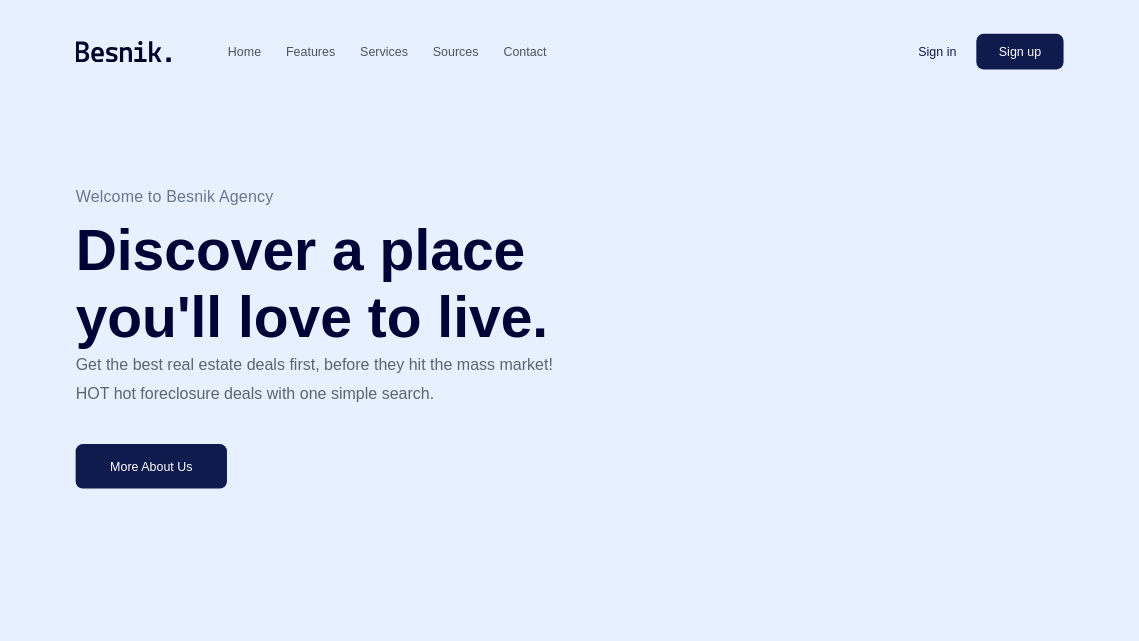
Repository: Daidoichihuy/project-01
Page: index.html
An editor plug-in stored every save of this project. The page is shown before and after the next save, followed by the edit.
The browser window is 1280 px wide. The pictures show the whole page, at 89% of full size.

Above is the page before, as saved 2024-04-28 12:05:04.

### index.html
<!DOCTYPE html>
<html lang="en">
  <head>
    <meta charset="UTF-8" />
    <meta name="viewport" content="width=device-width, initial-scale=1.0" />
    <title>Project_01</title>
    <link rel="stylesheet" href="./assets/css/reset.css" />
    <link rel="stylesheet" href="./assets/fonts/stylefont.css" />
    <link rel="stylesheet" href="./assets/css/style.css" />
  </head>
  <body>
    <main>
      <header class="header">
        <div class="content">
          <nav class="navbar">
            <!-- LOGO -->
            <img src="./assets/imgs/Logo.svg" alt="Besnik." />
            <!-- NAVIGATION -->
            <ul>
              <li><a href="#!">Home</a></li>
              <li><a href="#!">Features</a></li>
              <li><a href="#!">Services</a></li>
              <li><a href="#!">Sources</a></li>
              <li><a href="#!">Contact</a></li>
            </ul>
            <!-- ACTIVE -->
            <div class="action">
              <a href="#!" class="action-link">Sign in</a>
              <a href="#!" class="btn action-btn">Sign up</a>
            </div>
          </nav>
          <div class="hero">
            <div class="info">
              <p class="sub-title">Welcome to Besnik Agency</p>
              <h1 class="title">Discover a place you'll love to live.</h1>
              <p class="des">
                Get the best real estate deals first, before they hit the mass
                market! HOT hot foreclosure deals with one simple search.
              </p>
              <a href="#!" class="btn hero-cta">More About Us</a>
            </div>
          </div>
        </div>
      </header>
    </main>
  </body>
</html>

### assets/fonts/stylefont.css
@font-face {
  font-family: "DVN-Poppins";
  src: url("poppins/DVNPoppins-Regular.woff2") format("woff2"),
    url("poppins/DVNPoppins-Regular.woff") format("woff");
  font-weight: normal;
  font-style: normal;
  font-display: swap;
}

@font-face {
  font-family: "DVN-Poppins ExtBd";
  src: url("poppins/DVNPoppins-ExtraBold.woff2") format("woff2"),
    url("poppins/DVNPoppins-ExtraBold.woff") format("woff");
  font-weight: bold;
  font-style: normal;
  font-display: swap;
}

### assets/css/style.css
* {
  box-sizing: border-box;
}

:root {
  --primary-color: #0f1b4c;
}

html {
  font-size: 62.5%;
}

body {
  font-size: 1.6rem;
  font-family: "poppins", sans-serif;
}

/* COMMON */
.content {
  width: 1110px;
  max-width: calc(100% - 48px);
  margin-left: auto;
  margin-right: auto;
}

a {
  text-decoration: none;
}

.btn {
  display: inline-block;
  min-width: 98px;
  padding: 18px 16px;
  border-radius: 8px;
  background: var(--primary-color);
  color: #fff;
  text-align: center;
  font-size: 1.4rem;
  font-weight: 500;
}

/* HEADER*/
.header {
  background: #e6f0ff;
  height: 100vh;
}

.navbar {
  display: flex;
  align-items: center;
  padding-top: 38px;
}

.navbar ul {
  display: flex;
  margin-left: 50px;
}

.navbar ul li a {
  font-weight: 500;
  font-size: 1.4rem;
  color: #4f5361;
  padding: 8px 14px;
}
.navbar .action {
  margin-left: auto;
}

.navbar .action-link {
  font-size: 1.4rem;
  font-weight: 500;
  color: var(--primary-color);
}

.navbar .action-btn {
  padding: 13px 16px;
  margin-left: 18px;
}

/* HERO */
.hero {
  margin-top: 130px;
}

.hero .info {
  width: 51%;
}
.hero .sub-title {
  color: #687690;
  font-size: 1.8rem;
  line-height: 1.5;
  font-weight: 500;
  letter-spacing: 0.18px;
}

.hero .title {
  color: #000336;
  font-size: 6.4rem;
  font-weight: 700;
  line-height: 1.19;
  margin-top: 8px;
}

.hero .des {
  color: #5a6473;
  font-size: 1.8rem;
  font-weight: 400;
  line-height: 177.778%;
}
.hero-cta {
  min-width: 170px;
  margin-top: 40px;
}

Loaded but not shown: assets/css/reset.css (common file)

After the next save:
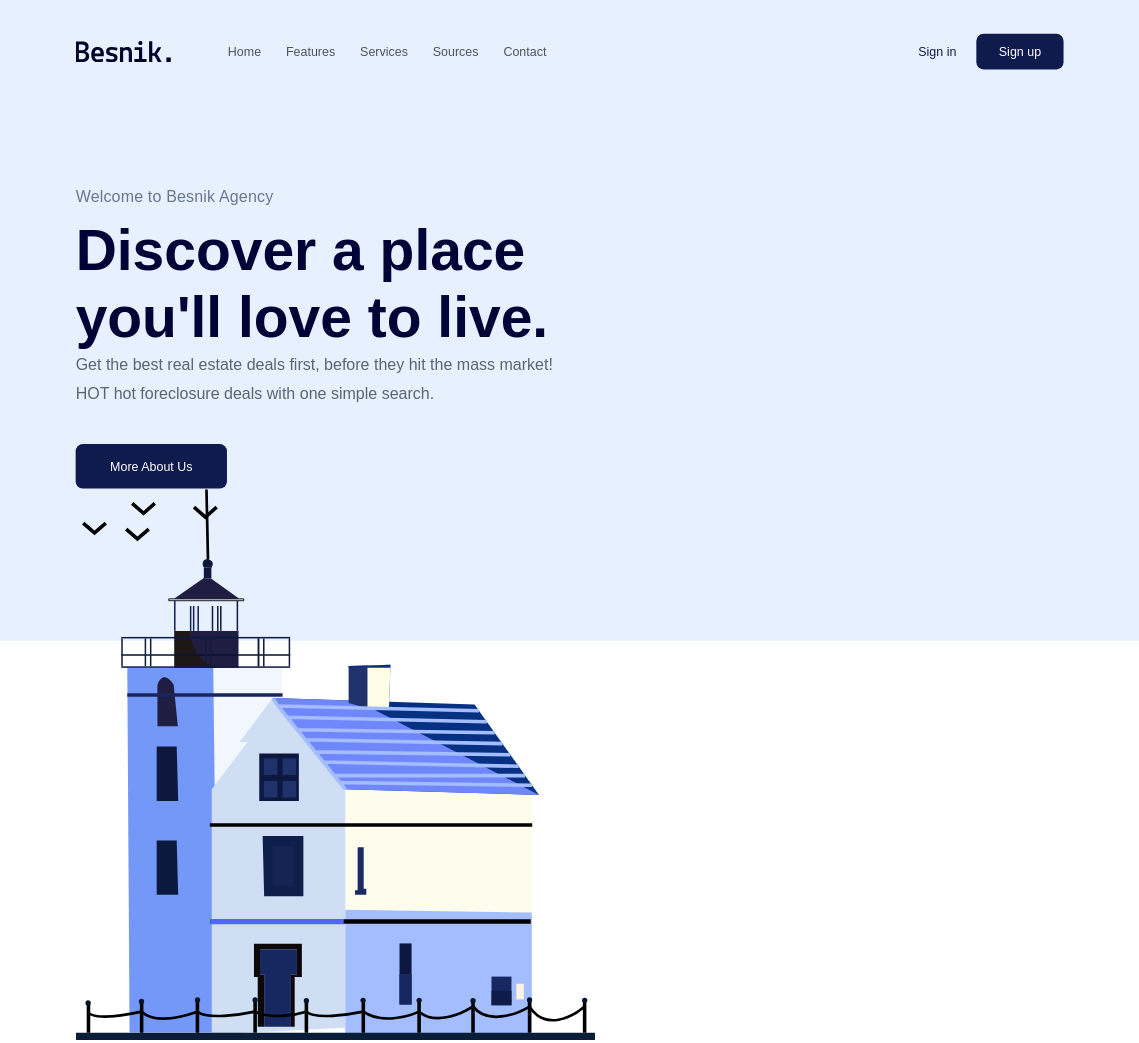
Saved 3 min 29 s later.
--- a/index.html
+++ b/index.html
@@ -39,6 +39,7 @@
               </p>
               <a href="#!" class="btn hero-cta">More About Us</a>
             </div>
+            <img src="./assets/imgs/Group 439.svg" alt="" />
           </div>
         </div>
       </header>
